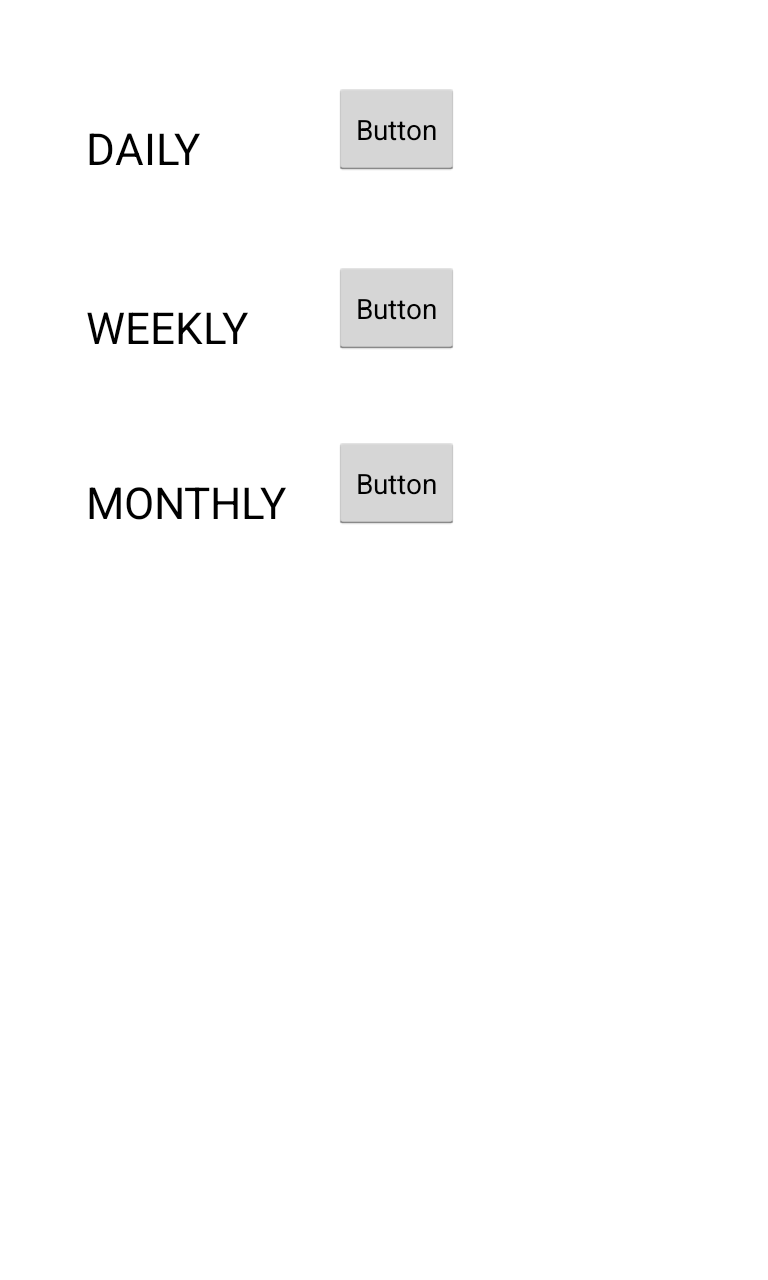
Repository: satyadarls/ToDo
Layout: ToDo/res/layout/activity_main.xml
These files come from the project's save history. The layout is drawn as it stood at one moment and after the next save; the edit follows.
It is drawn on a 768 x 1280 px phone screen (xhdpi) without system bars, with theme AppTheme; the app's code is not run.

Above is the layout before, as saved 2014-07-06 09:33:16.

After the next save:
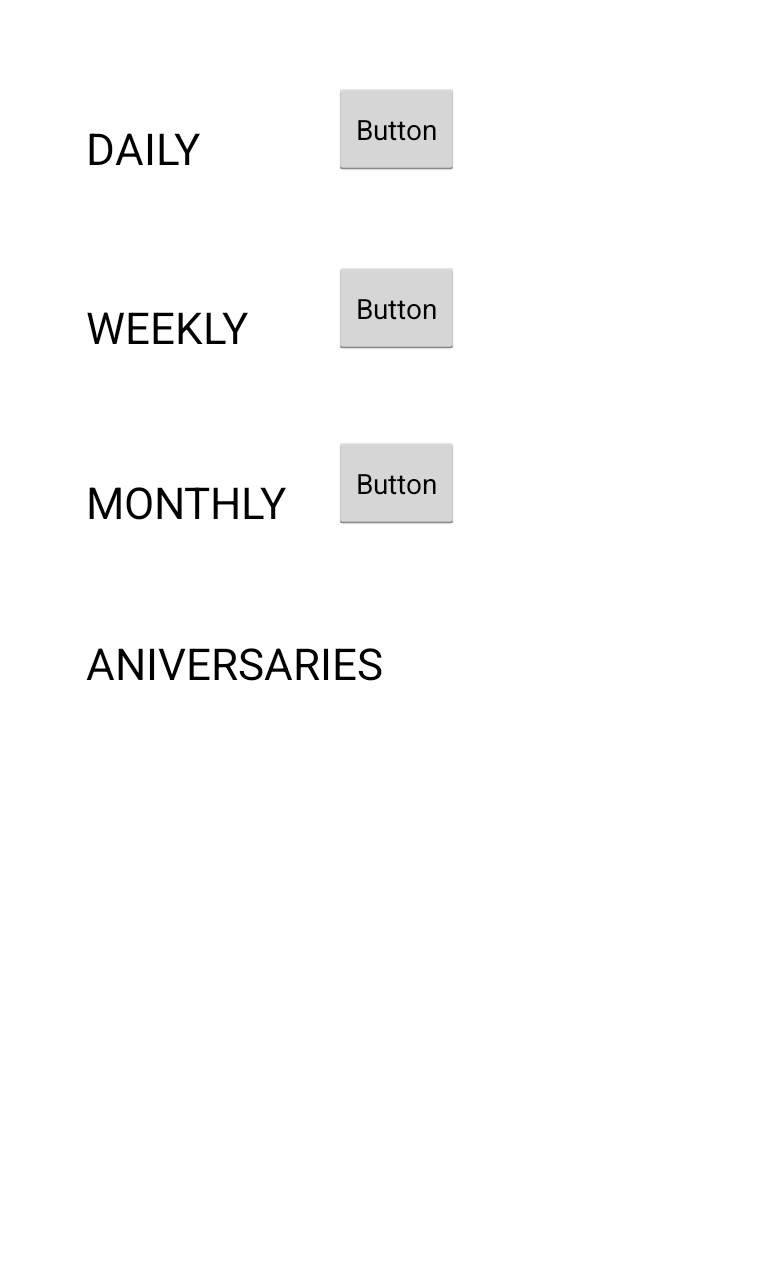
Saved 58 s later.
--- a/ToDo/res/layout/activity_main.xml
+++ b/ToDo/res/layout/activity_main.xml
@@ -62,4 +62,14 @@
         android:layout_alignRight="@+id/button2"
         android:text="Button" />
 
+    <TextView
+        android:id="@+id/textView4"
+        android:layout_width="wrap_content"
+        android:layout_height="wrap_content"
+        android:layout_alignLeft="@+id/textView3"
+        android:layout_below="@+id/textView3"
+        android:layout_marginTop="51dp"
+        android:text="ANIVERSARIES"
+        android:textAppearance="?android:attr/textAppearanceLarge" />
+
 </RelativeLayout>
